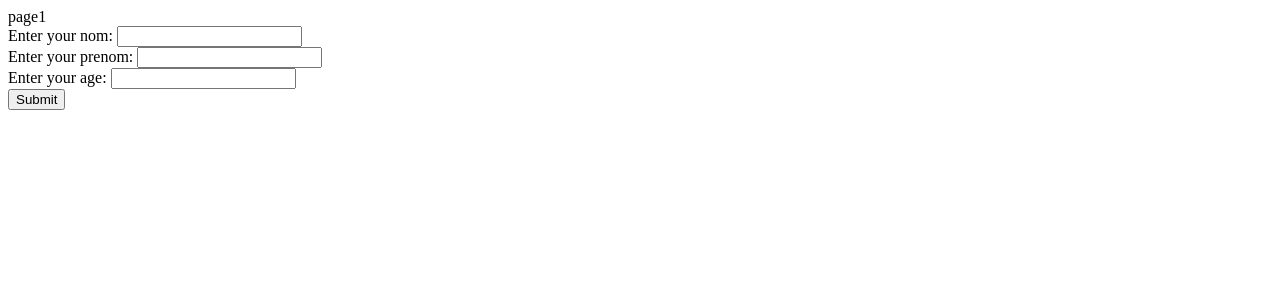
Repository: MacCampers/java-stuff
Page: http://localhost/projetJSP1/page1.jsp
These files come from the project's save history. The page is drawn as it stood at one moment and after the next save; the edit follows.
The browser window is 1280 px wide. The pictures show the whole page.
The page is served by Tomcat 9. Other server files are loaded and not shown.

Above is the page before, as saved 2020-02-06 09:22:38.

### workspaceJSP/projetJSP1/WebContent/page1.jsp
<%@ page language="java" contentType="text/html; charset=ISO-8859-1"
    pageEncoding="ISO-8859-1"%>
<!DOCTYPE html PUBLIC "-//W3C//DTD HTML 4.01 Transitional//EN" "http://www.w3.org/TR/html4/loose.dtd">
<html>
<head>
<meta http-equiv="Content-Type" content="text/html; charset=ISO-8859-1">
<title>Insert title here</title>
</head>
<body>
page1

<form action="page2.jsp&ageMin=0&ageMax=120&ageMajeur=18" method="post">
  <div class="form-example">
    <label for="name">Enter your nom: </label>
    <input type="text" name="name" id="name" required>
  </div>
  <div class="form-example">
    <label for="email">Enter your prenom: </label>
    <input type="text" name="prenom" id="prenom" required>
  </div>
    <div class="form-example">
    <label for="age">Enter your age: </label>
    <input type="number" name="age" id="age" required>
  </div>
  <div class="form-example">
    <input type="submit" value="Submit">
  </div>
</form>

</body>
</html>

After the next save:
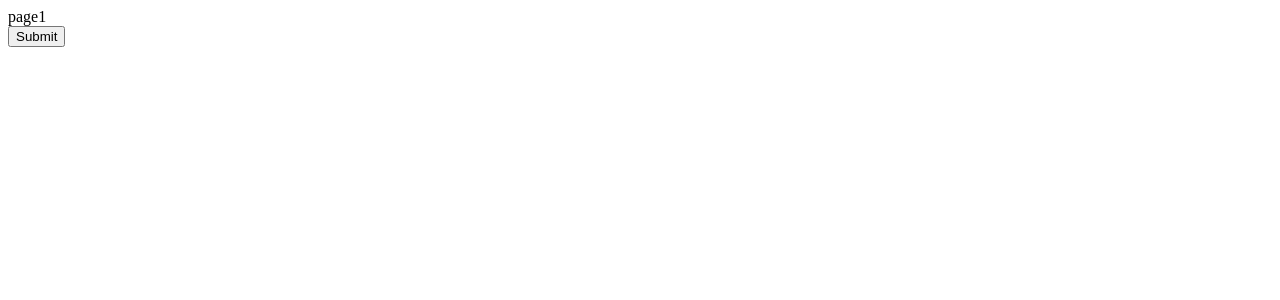
Saved 30 s later.
--- a/workspaceJSP/projetJSP1/WebContent/page1.jsp
+++ b/workspaceJSP/projetJSP1/WebContent/page1.jsp
@@ -10,21 +10,21 @@
 page1
 
 <form action="page2.jsp&ageMin=0&ageMax=120&ageMajeur=18" method="post">
-  <div class="form-example">
-    <label for="name">Enter your nom: </label>
-    <input type="text" name="name" id="name" required>
-  </div>
-  <div class="form-example">
-    <label for="email">Enter your prenom: </label>
-    <input type="text" name="prenom" id="prenom" required>
-  </div>
-    <div class="form-example">
-    <label for="age">Enter your age: </label>
-    <input type="number" name="age" id="age" required>
-  </div>
-  <div class="form-example">
+<!--   <div class="form-example"> -->
+<!--     <label for="name">Enter your nom: </label> -->
+<!--     <input type="text" name="name" id="name" required> -->
+<!--   </div> -->
+<!--   <div class="form-example"> -->
+<!--     <label for="email">Enter your prenom: </label> -->
+<!--     <input type="text" name="prenom" id="prenom" required> -->
+<!--   </div> -->
+<!--     <div class="form-example"> -->
+<!--     <label for="age">Enter your age: </label> -->
+<!--     <input type="number" name="age" id="age" required> -->
+<!--   </div> -->
+<!--   <div class="form-example"> -->
     <input type="submit" value="Submit">
-  </div>
+<!--   </div> -->
 </form>
 
 </body>

After the save that followed:
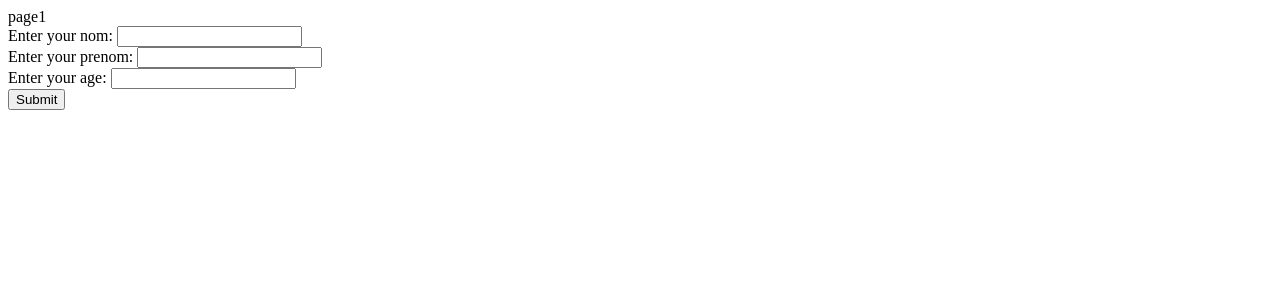
Saved 27 s later.
--- a/workspaceJSP/projetJSP1/WebContent/page1.jsp
+++ b/workspaceJSP/projetJSP1/WebContent/page1.jsp
@@ -9,22 +9,22 @@
 <body>
 page1
 
-<form action="page2.jsp&ageMin=0&ageMax=120&ageMajeur=18" method="post">
-<!--   <div class="form-example"> -->
-<!--     <label for="name">Enter your nom: </label> -->
-<!--     <input type="text" name="name" id="name" required> -->
-<!--   </div> -->
-<!--   <div class="form-example"> -->
-<!--     <label for="email">Enter your prenom: </label> -->
-<!--     <input type="text" name="prenom" id="prenom" required> -->
-<!--   </div> -->
-<!--     <div class="form-example"> -->
-<!--     <label for="age">Enter your age: </label> -->
-<!--     <input type="number" name="age" id="age" required> -->
-<!--   </div> -->
-<!--   <div class="form-example"> -->
+<form action="page2.jsp?ageMin=0&ageMax=120&ageMajeur=18" method="post">
+  <div class="form-example">
+    <label for="name">Enter your nom: </label>
+    <input type="text" name="name" id="name" required>
+  </div>
+  <div class="form-example">
+    <label for="email">Enter your prenom: </label>
+    <input type="text" name="prenom" id="prenom" required>
+  </div>
+    <div class="form-example">
+    <label for="age">Enter your age: </label>
+    <input type="number" name="age" id="age" required>
+  </div>
+  <div class="form-example">
     <input type="submit" value="Submit">
-<!--   </div> -->
+  </div>
 </form>
 
 </body>
